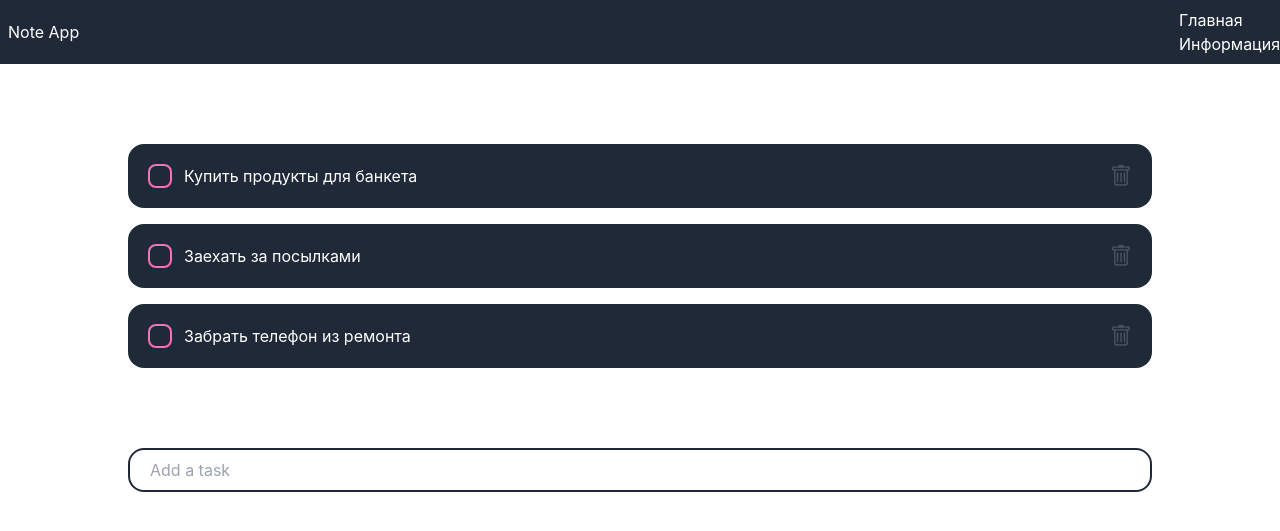
Repository: VachArt/react-exam-work
Page: /
The author's editor kept a copy of each file at every save. The page is drawn from the files as they stood at one save, then again after the next save.
The browser window is 1280 px wide. The pictures show the whole page.
The project was rebuilt for these pictures with package versions that can differ from the ones it lists, and the page was loaded fresh each time. Also part of the build but not shown: src/components/pages/About/About.jsx.

Above is the page before, as saved 2022-04-27 23:24:26.

After the next save:
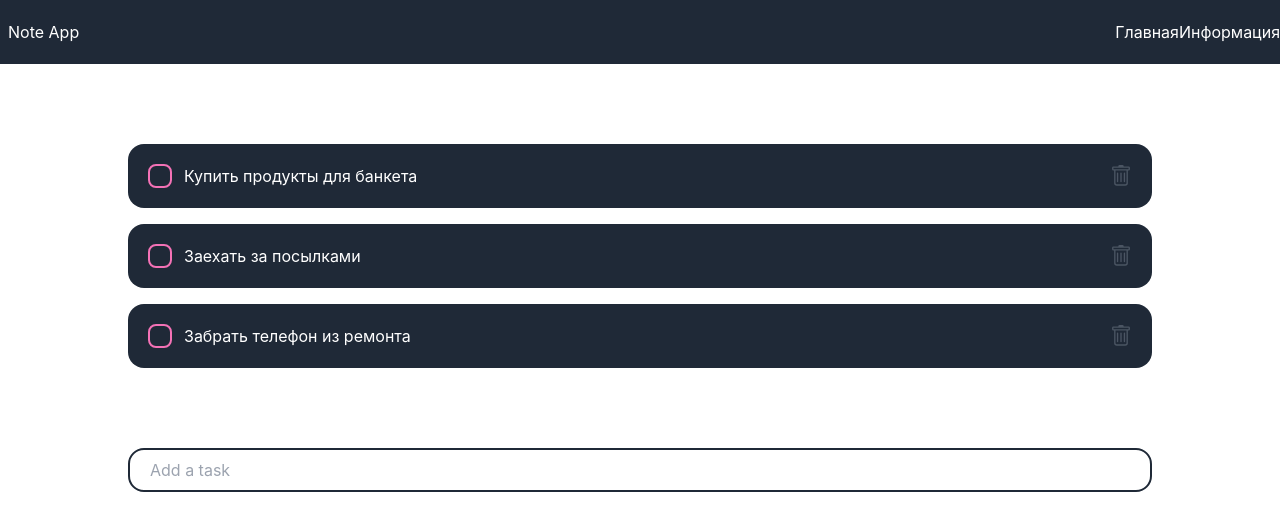
Saved 21 s later.
--- a/src/components/pages/Home/Navbar.jsx
+++ b/src/components/pages/Home/Navbar.jsx
@@ -6,7 +6,7 @@ export const Navbar = () => (
         <div className='navbar-brand p-2'>
             Note App
         </div>
-        <ul className="navbar-nav">
+        <ul className="flex items-center justify-between h-16">
             <li className="nav-item">
                 <NavLink
                     className="nav-link"
